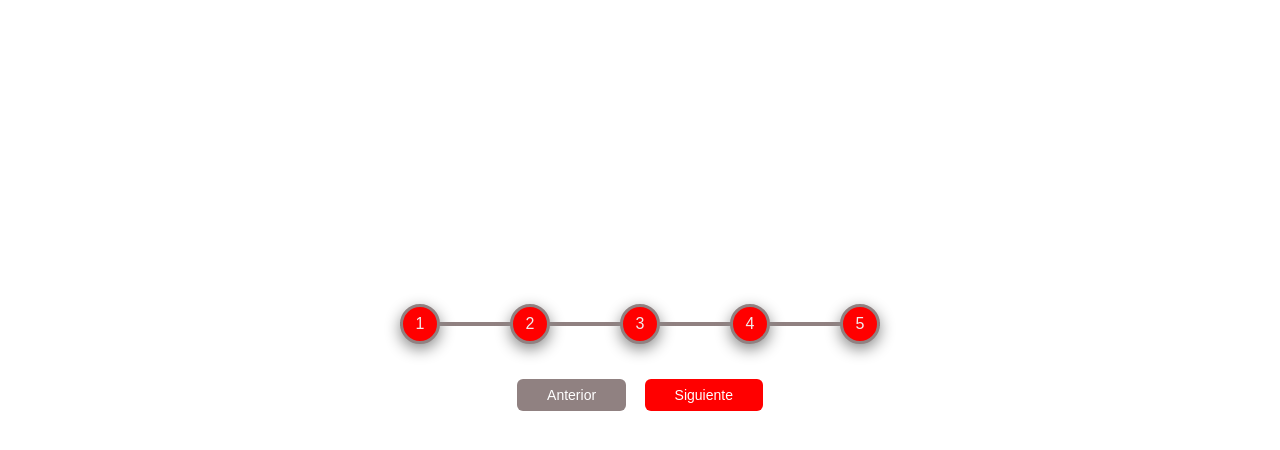
Repository: ElideZavala/Linea-de-tiempo
Page: index.html
The author's editor kept a copy of each file at every save. The page is drawn from the files as they stood at one save, then again after the next save.
The browser window is 1280 px wide. The pictures show the whole page.
Some web fonts or font styles are not loaded; a fallback is used.

Above is the page before, as saved 2021-05-28 10:03:32.

### index.html
<!DOCTYPE html>
<html lang="en">
<head>
	<meta charset="UTF-8">
	<meta http-equiv="X-UA-Compatible" content="IE=edge">
	<meta name="viewport" content="width=device-width, initial-scale=1.0">
	<link rel="stylesheet" href="style.css">
	<link rel="stylesheet" href="normalize.css">
	<title>Pasos de progreso </title>
</head>
<body>
	<div class="container">
		<div class="progress-container">
			<div class="sombra3d"></div>
			<div class="progress" id="progress"></div>
			<div class="circle active">1</div>
			<div class="circle">2</div>
			<div class="circle">3</div>
			<div class="circle">4</div>
			<div class="circle">5</div>
		</div>

		<button class="btn" id="prev" disabled>Anterior</button>
		<button class="btn" id="next">Siguiente</button>
		<script src="script.js"></script>
	</div>
</body>
</html>

### style.css
/* @import url('https://fonts.googleapis.com/css2?family=Roboto:wght@400;700&display=swap'); */
@import url('https://fonts.googleapis.com/css?family=Muli&display=swap');


:root {
	--line-border-fill: red;
	--line-border-empty: rgb(144, 129, 129);
}

* {
	box-sizing: border-box;
}

body {
	font-family: 'Muli', sans-serif;
	display: flex;
	flex-direction: column;
	align-items: center;
	justify-content: center;
	height: 100vh;
	overflow: hidden;
	margin: 0;
}

.container {
	text-align: center;
}

.progress-container {
	display: flex;
	justify-content: space-between;
	position: relative;
	margin-bottom: 30px;
	max-width: 100%;
	width: 480px;
}

.progress-container::before {
	content: '';
	background-color: var( --line-border-empty);
	position: absolute;
	top: 50%;
	left: 0;
	transform: translateY(-50%);
	height: 4px;
	width: 100%;
	z-index: -1;
	transition: 0.4s ease;
}

.progress {
	background-color: var( --line-border-fill );
	position: absolute;
	top: 50%;
	left: 0;
	transform: translateY(-50%);
	height: 4px;
	width: 0%;
	z-index: -1;
	transition: 0.4s ease;
}

.circle {
	background-color: red;
	color: #eee;
	border-radius: 50%;
	height: 40px;
	width: 40px;
	display: flex;
	align-items: center;
	justify-content: center;
	border: 3px solid var( --line-border-empty );
	transition: .4s ease;
	-moz-animation: rotacion 10s infinite linear;
	box-shadow: 0px 5px 15px #888;
}

@-moz-keyframes rotacion{
	0% {
		background-position: 0px 0px;
	}
	100%{
		background-position: -160px 0px;
	}
}

.sombra3d {
	background: url("bola4.png");
	position: absolute;
	width: 40px;
	height: 40px;
}

.circle.active {
	background-color: red;
}

.btn {
	background-color: var(--line-border-fill);
	color: #fff;
	border: 0;
	border-radius: 6px;
	cursor: pointer;
	font-family: inherit;
	padding: 8px 30px;
	margin: 5px 7px;
	font-size: 14px;
}

.btn:active {
	transform: scale(0.98);
}

.btn:focus {
	outline: 0;
}

.btn:disabled {
	background-color: var( --line-border-empty );
	cursor: not-allowed;
}

### script.js
const progress = document.querySelector('#progress');
const prev = document.querySelector('#prev');
const next = document.querySelector('#next');
const circles = document.querySelectorAll('.circle');

let currentActive = 1

next.addEventListener('click', () => {
	currentActive++

	if (currentActive > circles.length) {
		currentActive = circles.length
	}

	update();
})

prev.addEventListener('click', () => {
	currentActive--

	if (currentActive < 1) {
		currentActive = 1;
	}

	update();
})

function update() {
	circles.forEach((circle, idx) => {
		if (idx < currentActive) {
			circle.classList.add('active');
		} else {
			circle.classList.remove('active');
		}
	})

	const actives = document.querySelectorAll('.active');
	console.log(actives.length)

	const percent = (actives.length - 1) / (circles.length - 1) * 100 + '%';

	progress.style.width = percent;

	if (currentActive === 1) {
		prev.disabled = true;
	} else if (currentActive === circles.length) {
		next.disabled = true;
	} else {
		prev.disabled = false;
		next.disabled = false;
	}
}

Loaded but not shown: normalize.css (library)

After the next save:
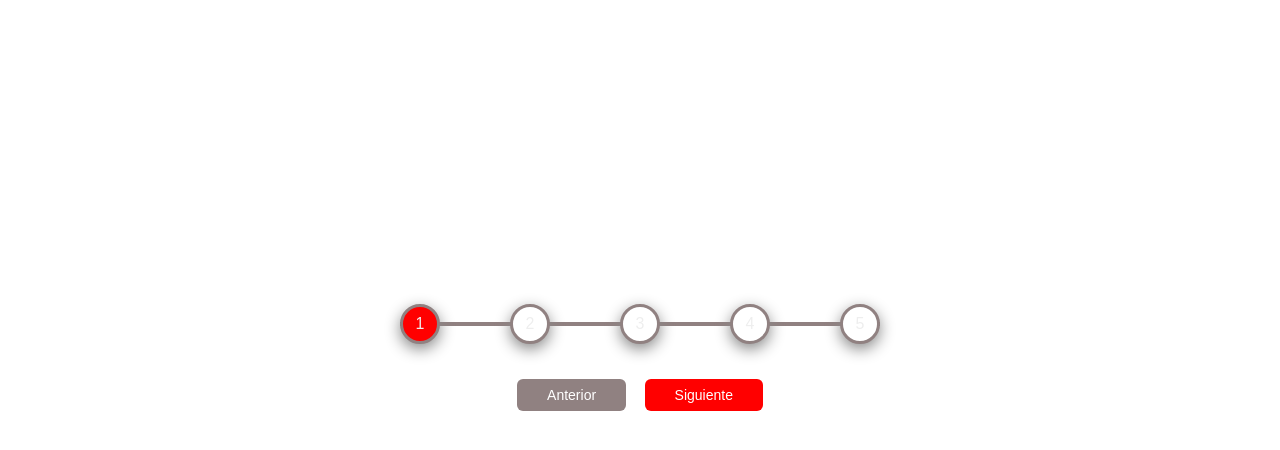
Saved 21 s later.
--- a/style.css
+++ b/style.css
@@ -61,7 +61,7 @@ body {
 }
 
 .circle {
-	background-color: red;
+	background-color: #fff;
 	color: #eee;
 	border-radius: 50%;
 	height: 40px;
